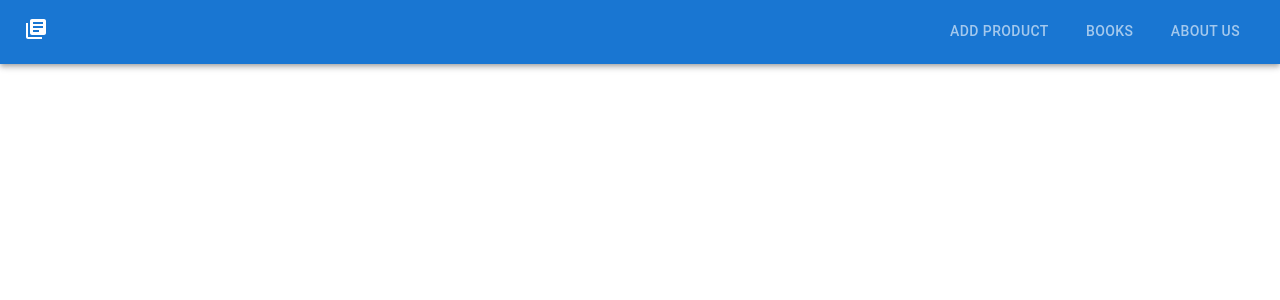
Repository: CydexCode/Book_Store_App-MERN-Stack
Page: /add (app in book-store/)
An editor plug-in stored every save of this project. The page is shown before and after the next save, followed by the edit.
The browser window is 1280 px wide. The pictures show the whole page.
The project was rebuilt for these pictures with package versions that can differ from the ones it lists, and the page was loaded fresh each time.

Above is the page before, as saved 2022-09-08 03:37:55.

After the next save:
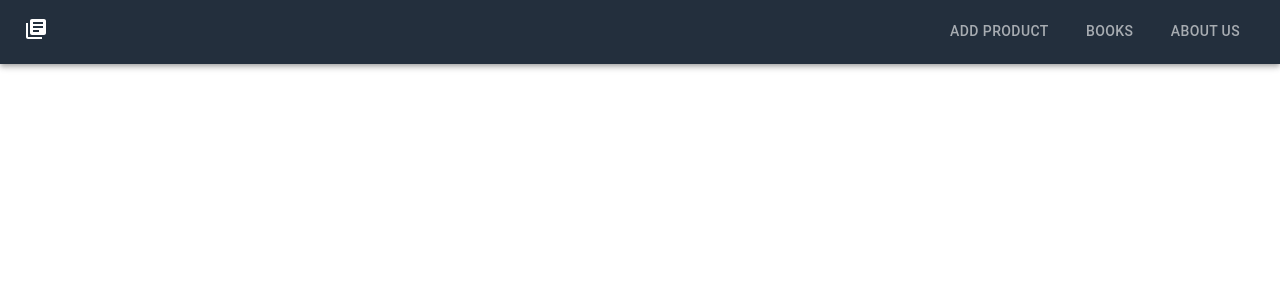
Saved 46 s later.
--- a/book-store/src/components/Header.js
+++ b/book-store/src/components/Header.js
@@ -5,7 +5,7 @@ const Header = () => {
     const [value, setValue] = useState();
   return (
     <div>
-      <AppBar sx={{ backgroundColor:"#2323D"}} position='sticky'>
+      <AppBar sx={{ backgroundColor:"#232F3D"}} position='sticky'>
 <Toolbar>
 <Typography>
             <LibraryBooksIcon />
